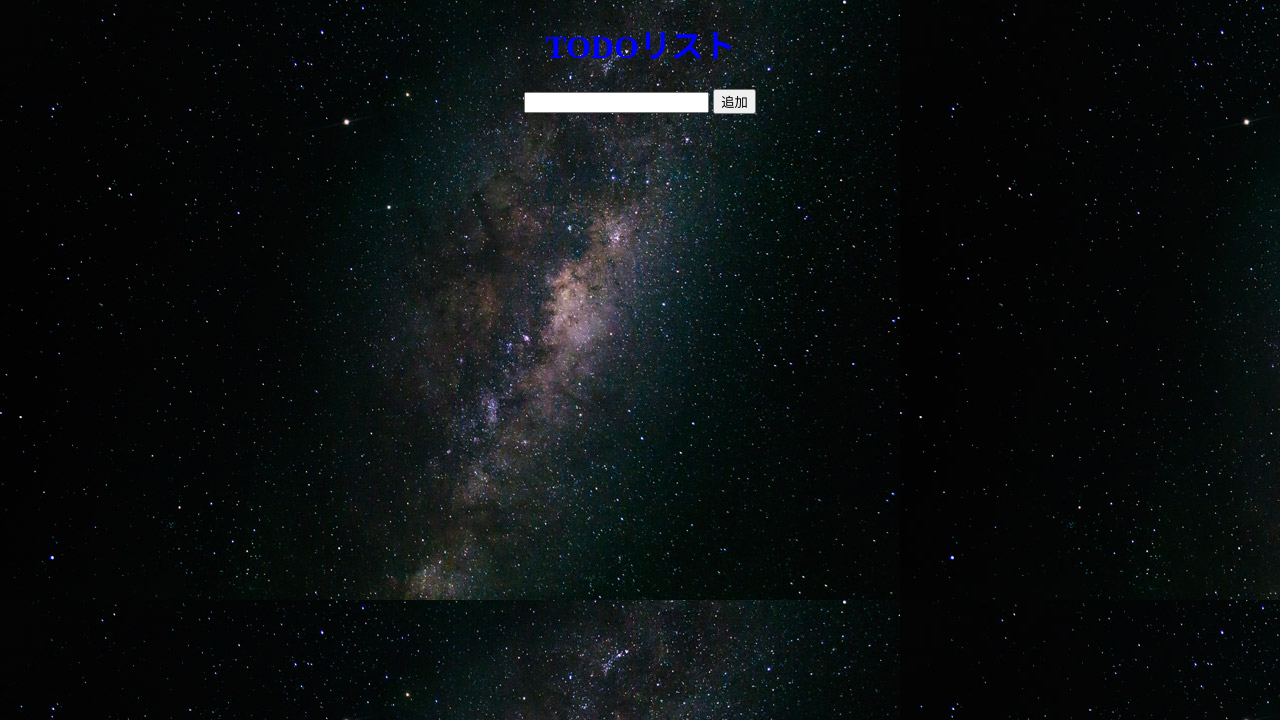
Repository: kntb2565/todolist
Page: src/index.html
These files come from the project's save history. The page is drawn as it stood at one moment and after the next save; the edit follows.
The browser window is 1280 px wide. The pictures show the whole page.

Above is the page before, as saved 2018-10-20 14:38:22.

After the next save:
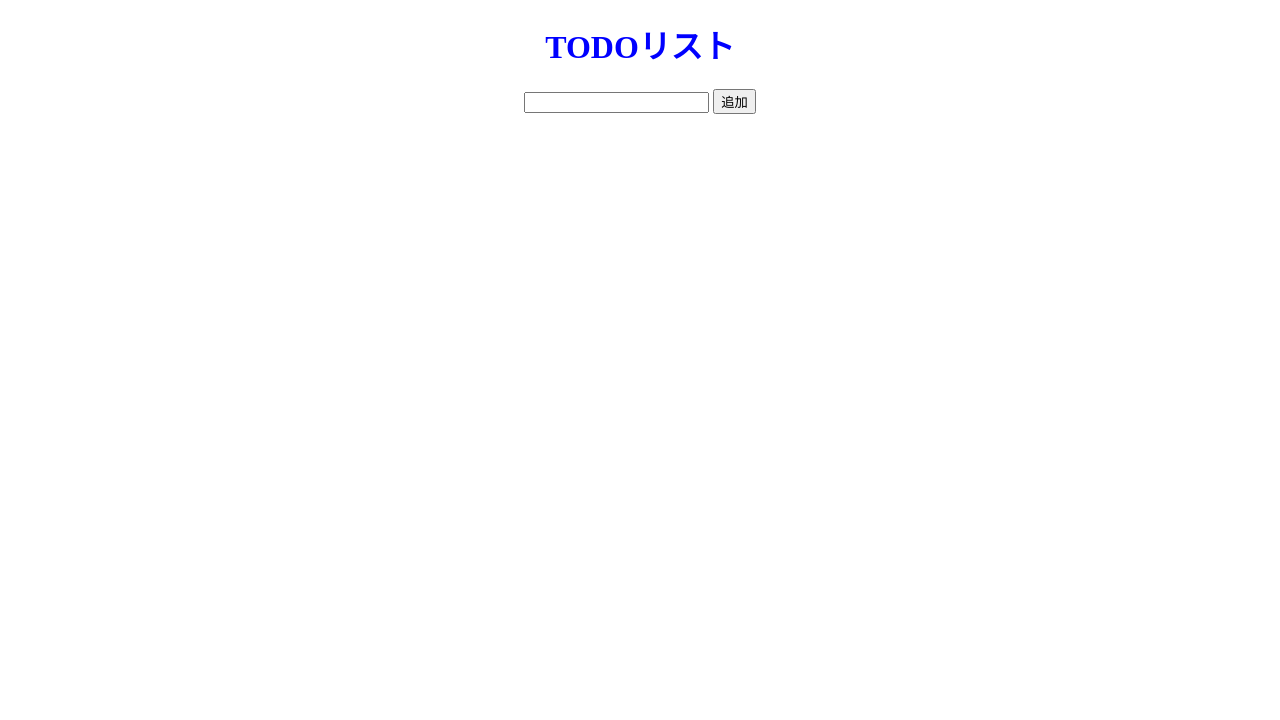
Saved 22 h 53 min later.
--- a/src/index.html
+++ b/src/index.html
@@ -4,8 +4,8 @@
   <meta charset="utf-8">
   <title>todolist</title>
   <link rel="stylesheet" href="css/styles.css" type="text/css">
-  <style>
-    body{
+  <style type-"text/css">
+    img.example1{
       background-image: url(img/utyu3.jpg);
     }
   </style>

After the 3 saves that followed:
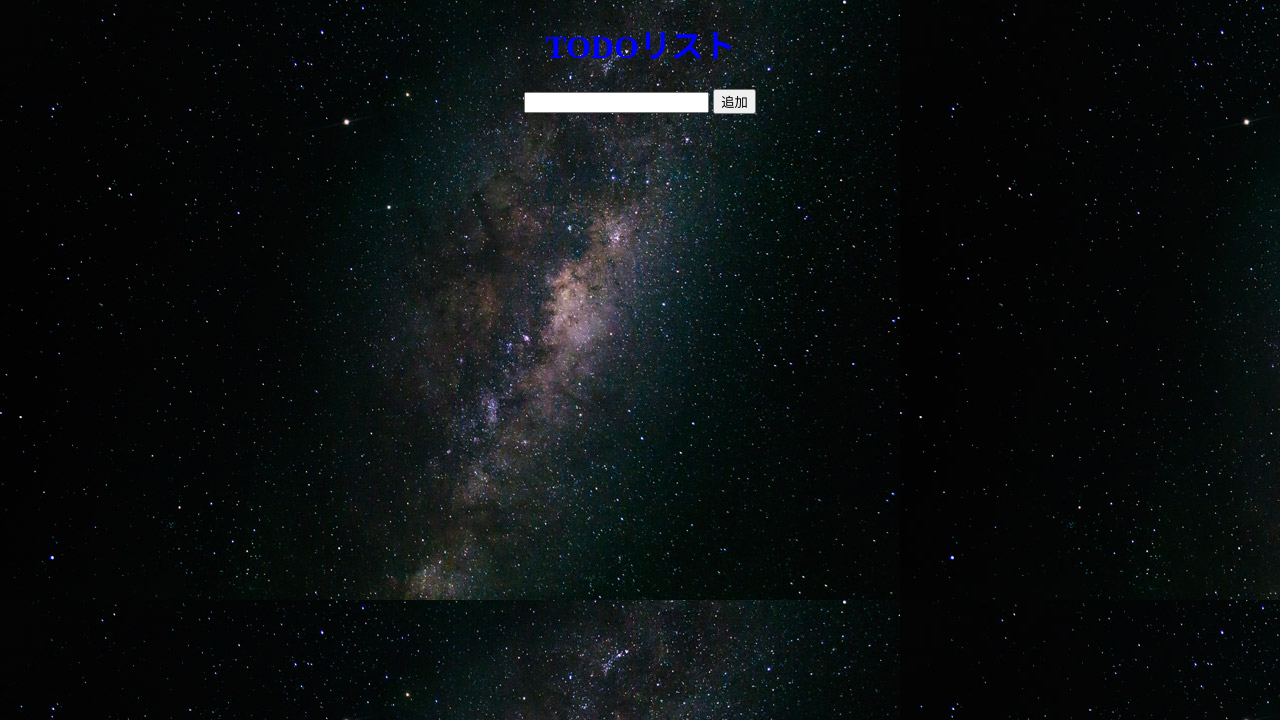
The 3 saves are shown as one change because 2 left the picture as it was.
The last was saved 72 s later.
--- a/src/index.html
+++ b/src/index.html
@@ -4,8 +4,8 @@
   <meta charset="utf-8">
   <title>todolist</title>
   <link rel="stylesheet" href="css/styles.css" type="text/css">
-  <style type-"text/css">
-    img.example1{
+  <style>
+    body{
       background-image: url(img/utyu3.jpg);
     }
   </style>
